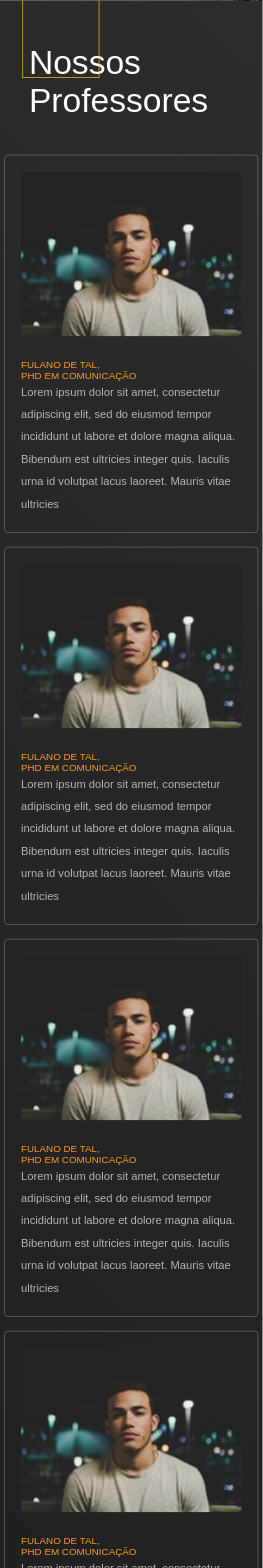
Repository: Rafael-Araujo-dev/Treinamento-Raccoon
Page: Projeto-2/index.html
The author's editor kept a copy of each file at every save. The page is drawn from the files as they stood at one save, then again after a run of saves.
The browser window is 375 px wide. The pictures show the part of the page from y = 3993 to 6233 px (the page is 7554 px tall before and 6252 px after), at 70% of full size.
Backgrounds fixed to the window are drawn as part of the page. Some web fonts or font styles are not loaded; a fallback is used.

Above is the page before, as saved 2021-09-23 16:54:55.

After the next 6 saves:
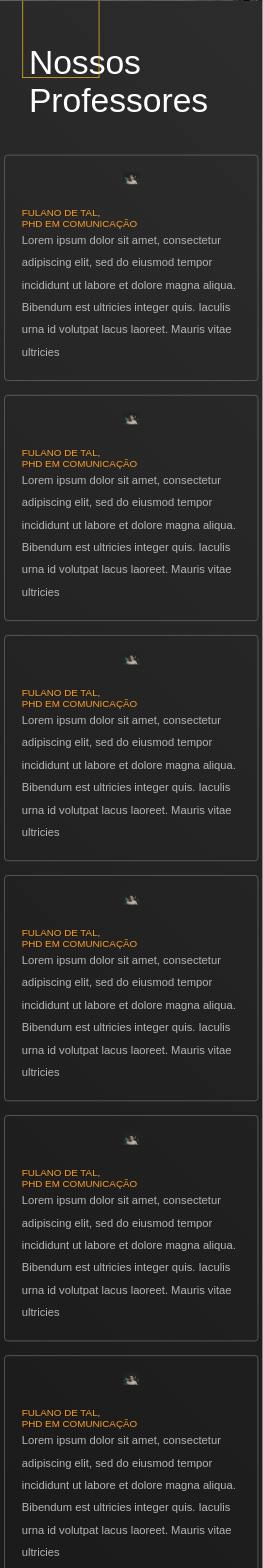
The 6 saves are shown as one change because they came seconds apart.
The last was saved 9 s later.
--- a/Projeto-2/css/style.css
+++ b/Projeto-2/css/style.css
@@ -734,6 +734,10 @@
 }
 
 @media(max-width: 450px) {
+    .our-teachers .card-image img {
+        max-width: 23px !important;
+    }
+
     .our-teachers .card-container {
         margin-top: 50px;
     }
